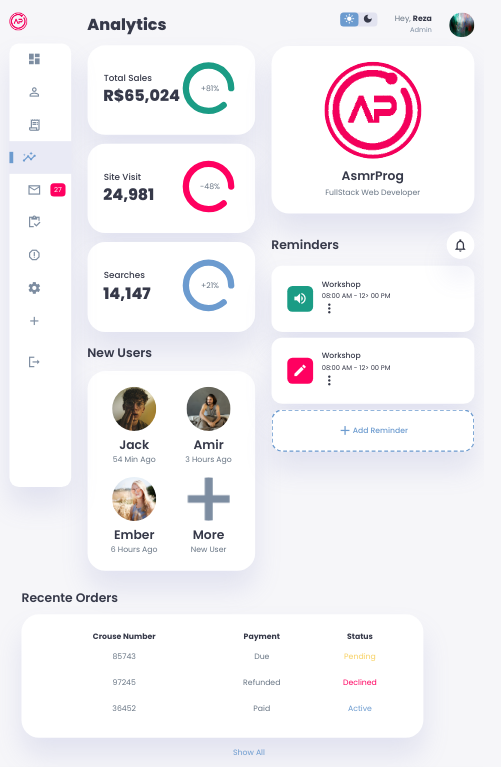
Repository: pheonix5/ProjetosRN-linux
Page: DashBoard/index.html
An editor plug-in stored every save of this project. The page is shown before and after the next save, followed by the edit.
The browser window is 768 px wide. The page is 768 px wide, then 796 px, so the pictures cover 796 px, including what lies to the right of the window. The pictures show the whole page, at 63% of full size.

Above is the page before, as saved 2023-08-06 03:32:18.

After the next save:
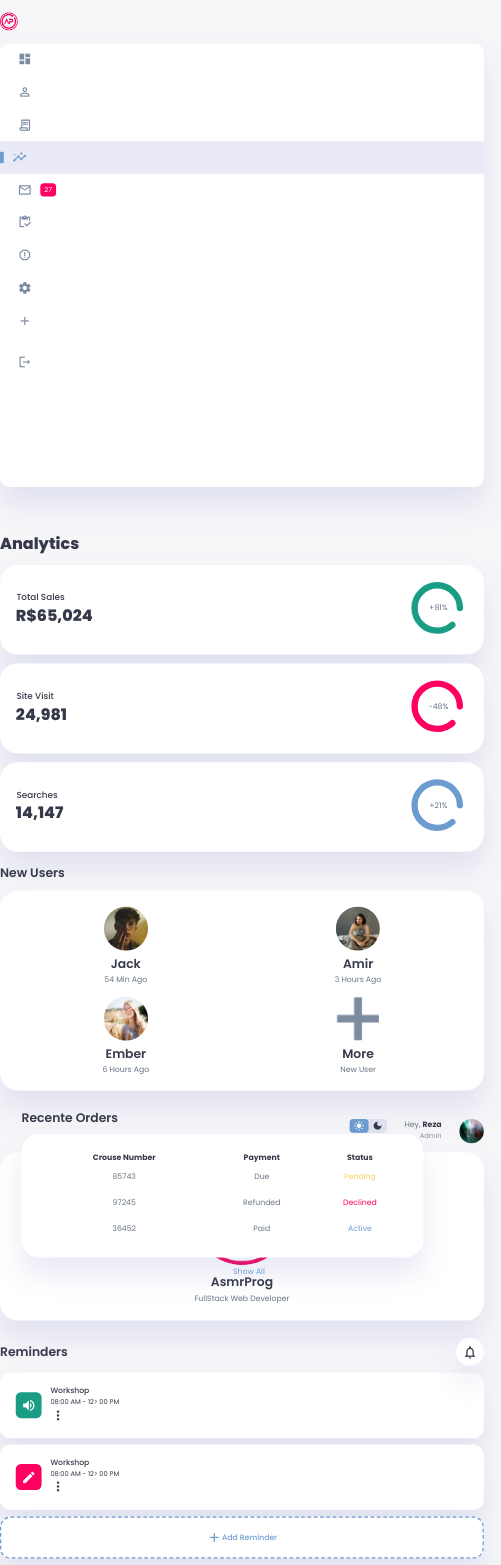
Saved 16 s later.
--- a/DashBoard/style.css
+++ b/DashBoard/style.css
@@ -591,5 +591,8 @@ main .recent-orders a{
 }
 
 @media screen  and (max-width: 768px){
-
-}
+  .container{
+    width: 100%;
+    grid-template-columns: 1fr;
+  }
+}
